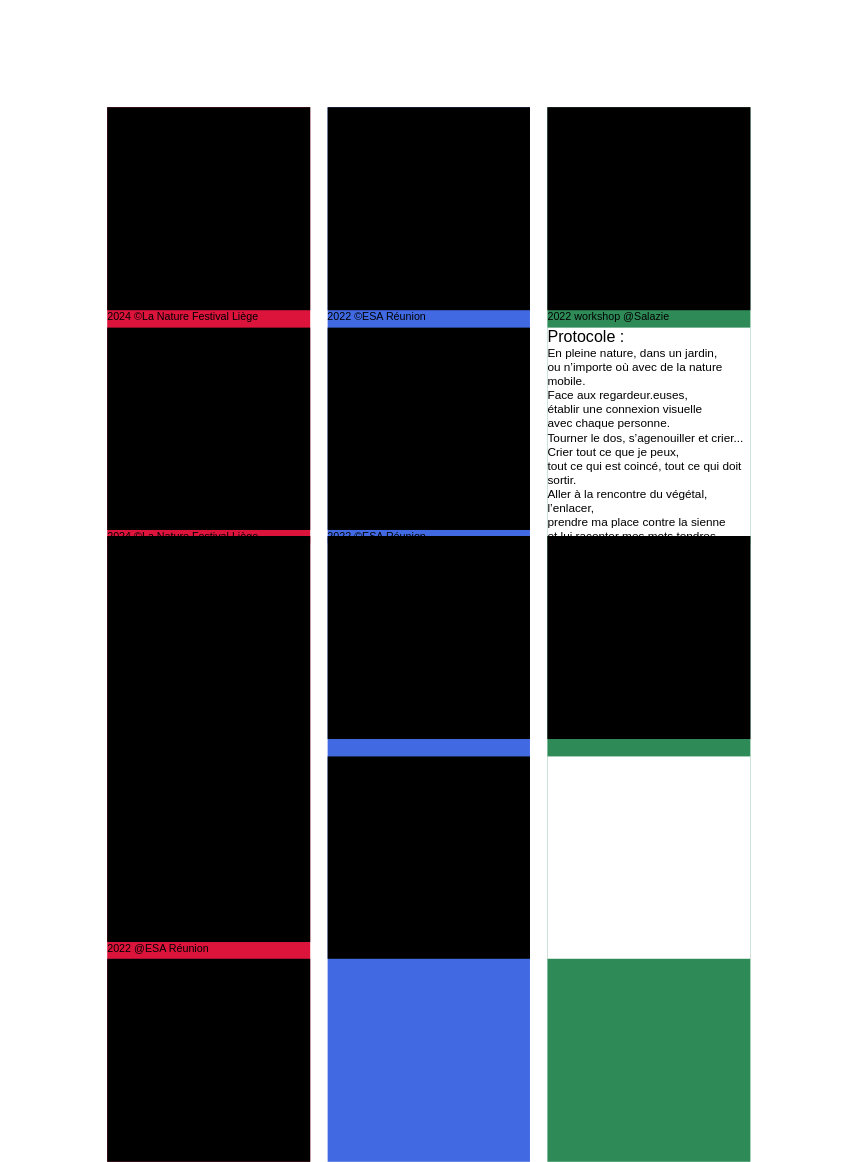
Repository: brunrhb/oce-p
Page: index.html
An editor plug-in stored every save of this project. The page is shown before and after the next save, followed by the edit.
The browser window is 1280 px wide. The pictures show the whole page, at 67% of full size.

Above is the page before, as saved 2025-06-04 18:15:13.

After the next save:
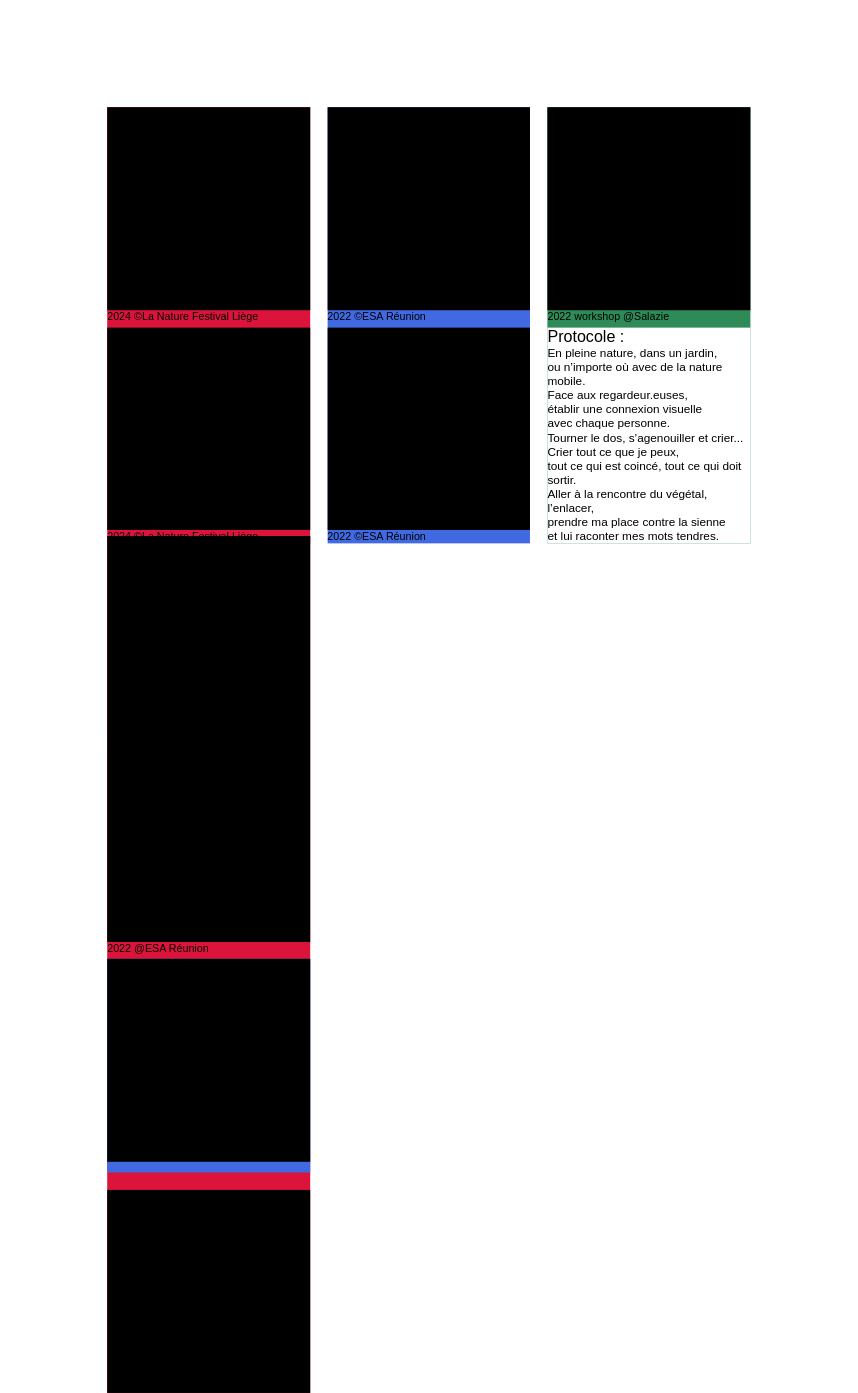
Saved 12 min 42 s later.
--- a/index.html
+++ b/index.html
@@ -61,20 +61,12 @@
     <p class="credit" data-content="p1s2-credit1"></p>
   </div>
 
-  <div class="media-block">
-    <div class="placeholder-p1s1"></div>
-    <p class="credit" data-content="p1s1-credit2"></p>
-  </div>
-</div>
+
 
     <div class="col-p1s1-2">
       <div class="media-block">
         <div class="placeholder-p1s1"></div>
-        <p class="credit" data-content="p1s1-credit3"></p>
-      </div>
-      <div class="media-block">
-        <div class="placeholder-p1s1"></div>
-        <p class="credit" data-content="p1s1-credit4"></p>
+        <p class="extrait" data-content="p1s1-credit3"></p>
       </div>
     </div>
 
@@ -83,10 +75,6 @@
         <div class="placeholder-p1s1"></div>
         <p class="credit" data-content="p1s1-credit5"></p>
       </div>
-     <div class="text-block-p1s1">
-       <p class="protocole-titre" data-content="p1s1-protocole-titre"></p>
-       <p class="protocole-corps" data-content="p1s1-protocole-corps"></p>
-    </div>
 
   </div>
 
